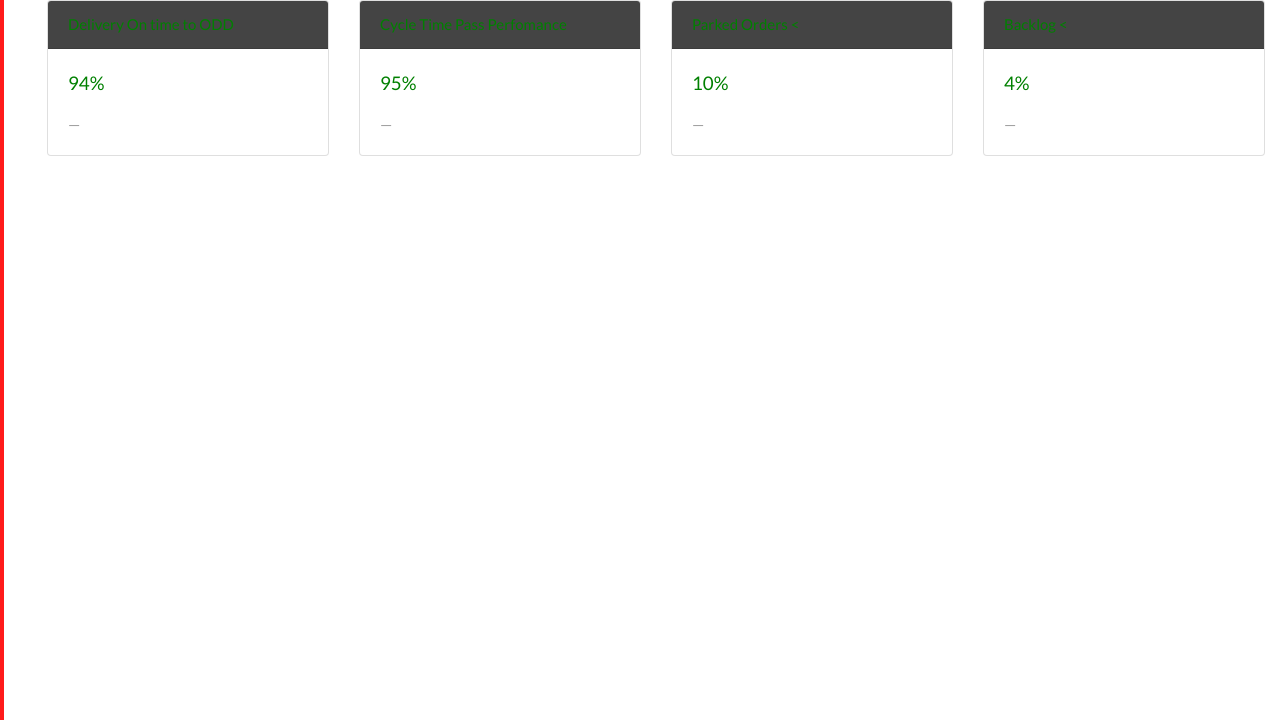
Repository: valenovi76/Delivery-Dashboard
Page: Index.html
The author's editor kept a record of every edit. The page is drawn from the files as they stood at one moment, then again after the next edit.
The browser window is 1280 px wide. The pictures show the whole page.
Some icons come from a web library that is not loaded, so they are not drawn.

Above is the page before.
Console error: TypeError: Cannot read properties of null (reading 'textContent')

After the next edit:
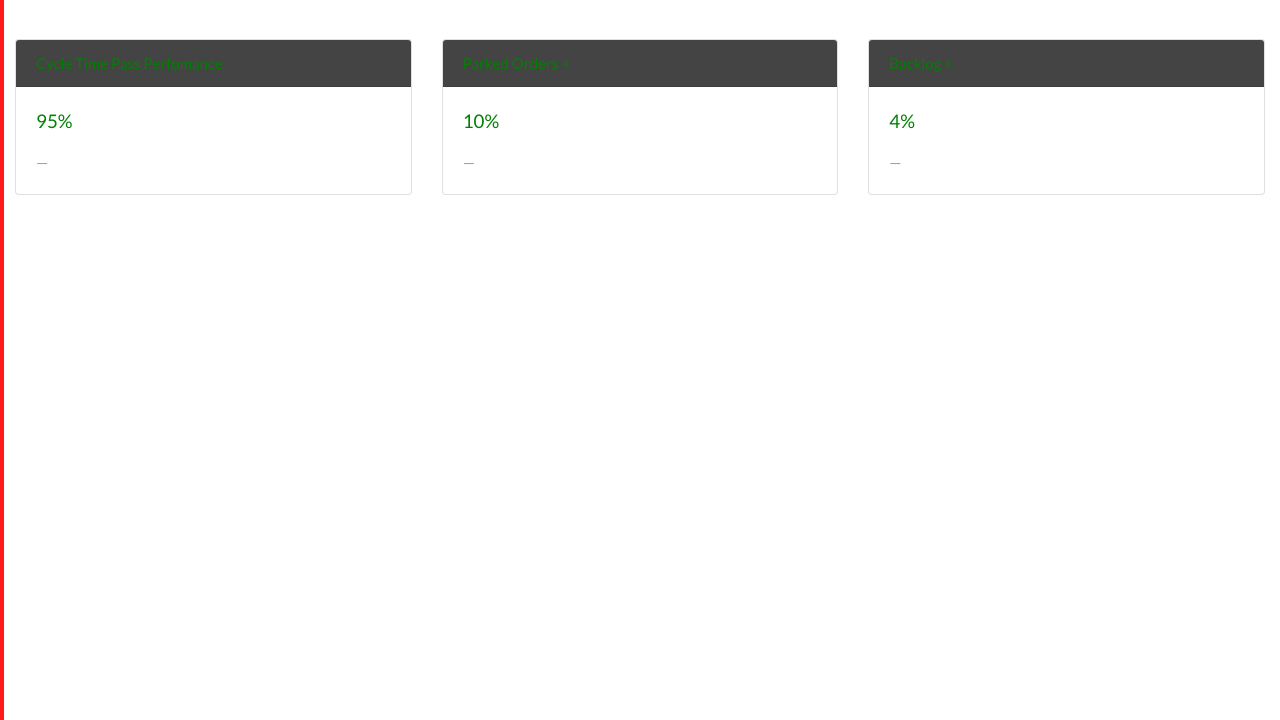
The edit:
--- a/Index.html
+++ b/Index.html
@@ -38,18 +38,10 @@
                 <div class="container-fluid">
                 <div class="row">KPIS
 
-                <div class="col">
-                <div class="card kpi">
-                  <div class="card-header">
-                        Delivery On time to ODD
-                  </div>
-                  <div class="card-body">
-                        <blockquote class="blockquote mb-0">
-                          <p>94%</p>
-                          <footer class="blockquote-footer"><i class="far fa-clock"></i></footer>
-                        </blockquote>
-                  </div>
-              </div>
+                <div class="col-lg-12">
+             <a></a>
+             <h1></h1>
+             <p></p>
                 </div>
                 <div class="col">
                 <div class="card kpi">
